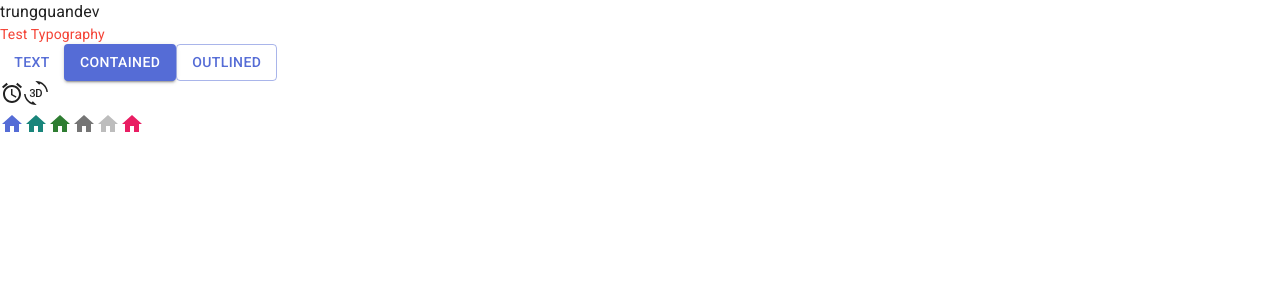
Repository: VoPhamKhanhTruong/trello-web
Page: /
An editor plug-in stored every save of this project. The page is shown before and after the next save, followed by the edit.
The browser window is 1280 px wide. The pictures show the whole page.
The project was rebuilt for these pictures with package versions that can differ from the ones it lists, and the page was loaded fresh each time. Also part of the build but not shown: vite.config.js.

Above is the page before, as saved 2024-08-07 11:23:48.

After the next save:
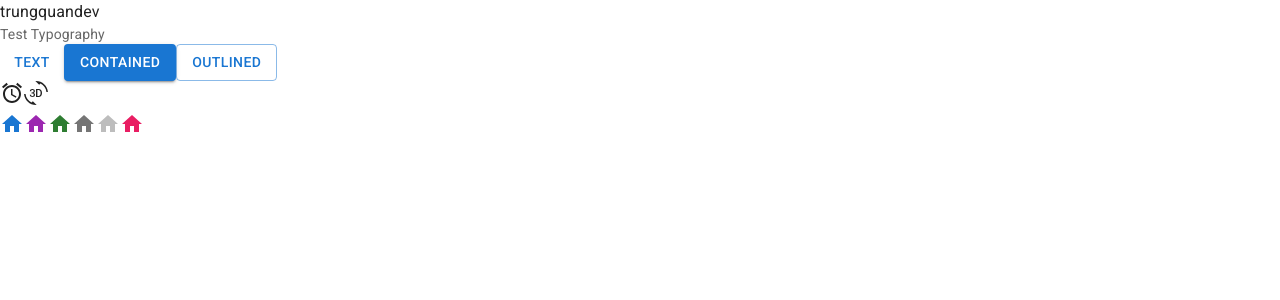
Saved 46 s later.
--- a/src/theme.js
+++ b/src/theme.js
@@ -3,7 +3,7 @@ import { red } from '@mui/material/colors'
 import { experimental_extendTheme as extendTheme} from '@mui/material/styles'
 
 // Create a theme instance.
-const theme = createTheme({
+const theme = extendTheme({
   palette: {
     mode:'light', //default is light
     primary: {
